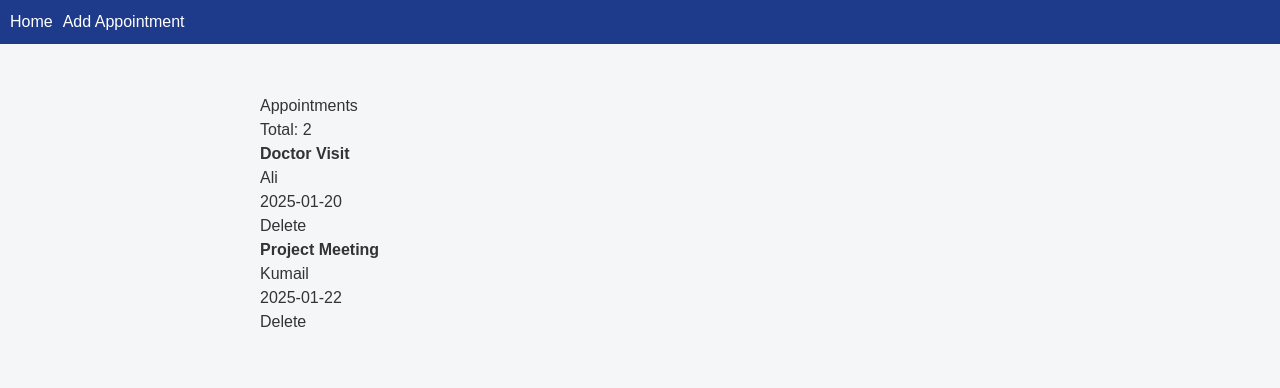
Repository: kumeil99/Appointment-Manager
Page: /
These files come from the project's save history. The page is drawn as it stood at one moment and after the next save; the edit follows.
The browser window is 1280 px wide. The pictures show the whole page.
The project was rebuilt for these pictures with package versions that can differ from the ones it lists, and the page was loaded fresh each time. Also part of the build but not shown: src/pages/CreateAppointment.js.

Above is the page before, as saved 2025-12-13 19:53:25.

After the next save:
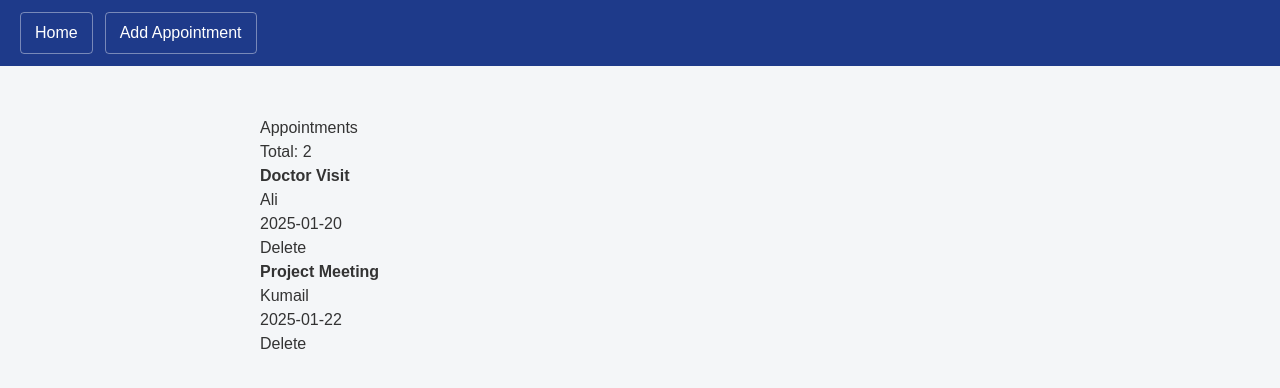
Saved 27 s later.
--- a/src/components/Navbar.js
+++ b/src/components/Navbar.js
@@ -1,14 +1,6 @@
 const Navbar = ({ setPage }) => {
   return (
-    <div
-      style={{
-        padding: "10px",
-        background: "#1e3a8a",
-        color: "#fff",
-        display: "flex",
-        gap: "10px",
-      }}
-    >
+    <div className="navbar">
       <button onClick={() => setPage("home")}>Home</button>
       <button onClick={() => setPage("create")}>Add Appointment</button>
     </div>
